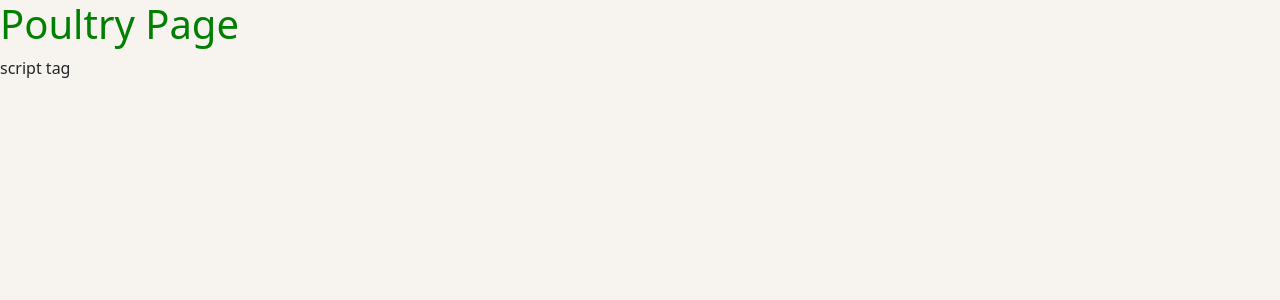
Repository: Allevandrose/Agri-invest
Page: poultry.html
These files come from the project's save history. The page is drawn as it stood at one moment and after the next save; the edit follows.
The browser window is 1280 px wide. The pictures show the whole page.

Above is the page before, as saved 2024-04-03 10:38:23.

### poultry.html
<!DOCTYPE html>
<html lang="en">

<head>
    <meta charset="UTF-8">
    <link href="https://cdn.jsdelivr.net/npm/bootstrap@5.0.2/dist/css/bootstrap.min.css" rel="stylesheet" integrity="sha384-EVSTQN3/azprG1Anm3QDgpJLIm9Nao0Yz1ztcQTwFspd3yD65VohhpuuCOmLASjC" crossorigin="anonymous">
    <meta name="viewport" content="width=device-width, initial-scale=1.0">
    <link rel="stylesheet" href="poultry.css">
    <title>Document</title>
</head>

<body>
    <h1 class="h1">Poultry Page</h1>
    script tag
    <script src="https://cdn.jsdelivr.net/npm/bootstrap@5.0.2/dist/js/bootstrap.bundle.min.js" integrity="sha384-MrcW6ZMFYlzcLA8Nl+NtUVF0sA7MsXsP1UyJoMp4YLEuNSfAP+JcXn/tWtIaxVXM" crossorigin="anonymous"></script>
</body>

</html>

### poultry.css
body {
    background-color: rgb(247, 243, 239);
}

.h1 {
    color: green;
}

After the next save:
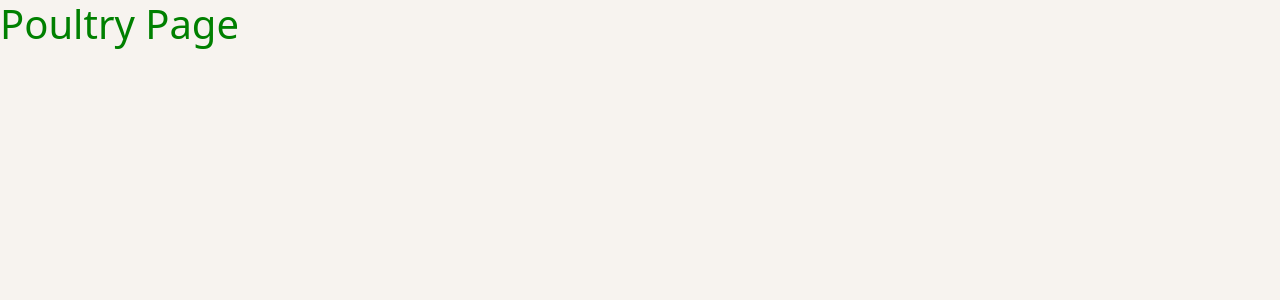
Saved 8 s later.
--- a/poultry.html
+++ b/poultry.html
@@ -11,7 +11,7 @@
 
 <body>
     <h1 class="h1">Poultry Page</h1>
-    script tag
+    <!-- script tag -->
     <script src="https://cdn.jsdelivr.net/npm/bootstrap@5.0.2/dist/js/bootstrap.bundle.min.js" integrity="sha384-MrcW6ZMFYlzcLA8Nl+NtUVF0sA7MsXsP1UyJoMp4YLEuNSfAP+JcXn/tWtIaxVXM" crossorigin="anonymous"></script>
 </body>
 
